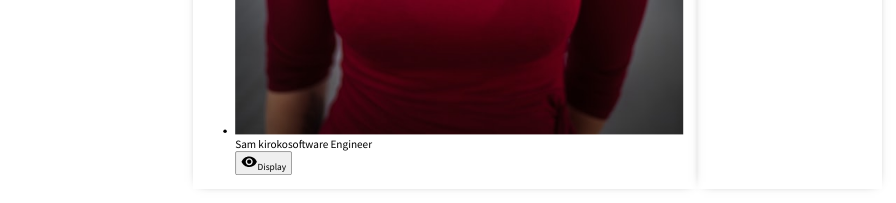
Repository: Samkiroko/admin-panel-ui
Page: /users
The author's editor kept a copy of each file at every save. The page is drawn from the files as they stood at one save, then again after the next save.
The browser window is 1280 px wide. The pictures show the part of the page from y = 1390 to 3310 px (the page is 1680 px tall before and 6770 px after), at 70% of full size.
The project was rebuilt for these pictures with package versions that can differ from the ones it lists, and the page was loaded fresh each time.

Above is the page before, as saved 2021-09-22 21:50:54.

### public/index.html
<!DOCTYPE html>
<html lang="en">
  <head>
    <meta charset="utf-8" />

    <meta name="viewport" content="width=device-width, initial-scale=1" />
    <meta name="theme-color" content="#000000" />
    <meta
      name="description"
      content="Web site created using create-react-app"
    />
    <link rel="preconnect" href="https://fonts.googleapis.com" />
    <link rel="preconnect" href="https://fonts.gstatic.com" crossorigin />
    <link
      href="https://fonts.googleapis.com/css2?family=Source+Sans+Pro:wght@200;300;400;600;700;900&display=swap"
      rel="stylesheet"
    />

    <style>
      * {
        font-family: "Source Sans Pro", sans-serif;
        margin: 0;
      }
    </style>
    <title>React admin panel</title>
  </head>

  <body>
    <noscript>You need to enable JavaScript to run this app.</noscript>
    <div id="root"></div>
  </body>
</html>

### src/App.js
import Sidebar from './components/sidebar/Sidebar'
import Topbar from './components/topbar/Topbar'
import './app.css'
import Home from './pages/home/Home'

function App() {
  return (
    <div className='App'>
      <Topbar />
      <div className='container'>
        <Sidebar />
        <Home />
      </div>
    </div>
  )
}

export default App

### src/components/sidebar/Sidebar.js
import {
  LineStyle,
  Timeline,
  TrendingUp,
  PermIdentity,
  Storefront,
  AttachMoney,
  BarChart,
  MailOutline,
  DynamicFeed,
  ChatBubbleOutline,
  WorkOutline,
  Report,
} from '@material-ui/icons'
import React from 'react'
import './sidebar.css'

const Sidebar = () => {
  return (
    <div className='sidebar'>
      <div className='sidebarWrapper'>
        <div className='sidebarMenu'>
          <h3 className='sidebarTitle'>Dashboard</h3>
          <ul className='sidebarList'>
            <li className='sidebarListItem active'>
              <LineStyle className='sidebarIcon' />
              Home
            </li>

            <li className='sidebarListItem'>
              <Timeline className='sidebarIcon' />
              Analytics
            </li>
            <li className='sidebarListItem'>
              <TrendingUp className='sidebarIcon' />
              Sales
            </li>
          </ul>
        </div>
        <div className='sidebarMenu'>
          <h3 className='sidebarTitle'>Quick Menu</h3>
          <ul className='sidebarList'>
            <li className='sidebarListItem'>
              <PermIdentity className='sidebarIcon' />
              Users
            </li>

            <li className='sidebarListItem'>
              <Storefront className='sidebarIcon' />
              Products
            </li>

            <li className='sidebarListItem'>
              <AttachMoney className='sidebarIcon' />
              Transactions
            </li>
            <li className='sidebarListItem'>
              <BarChart className='sidebarIcon' />
              Reports
            </li>
          </ul>
        </div>
        <div className='sidebarMenu'>
          <h3 className='sidebarTitle'>Notifications</h3>
          <ul className='sidebarList'>
            <li className='sidebarListItem'>
              <MailOutline className='sidebarIcon' />
              Mail
            </li>
            <li className='sidebarListItem'>
              <DynamicFeed className='sidebarIcon' />
              Feedback
            </li>
            <li className='sidebarListItem'>
              <ChatBubbleOutline className='sidebarIcon' />
              Messages
            </li>
          </ul>
        </div>
        <div className='sidebarMenu'>
          <h3 className='sidebarTitle'>Staff</h3>
          <ul className='sidebarList'>
            <li className='sidebarListItem'>
              <WorkOutline className='sidebarIcon' />
              Manage
            </li>
            <li className='sidebarListItem'>
              <Timeline className='sidebarIcon' />
              Analytics
            </li>
            <li className='sidebarListItem'>
              <Report className='sidebarIcon' />
              Reports
            </li>
          </ul>
        </div>
      </div>
    </div>
  )
}

export default Sidebar

### src/components/topbar/Topbar.js
import React from 'react'
import './topbar.css'
import { Language, NotificationsNone, Settings } from '@material-ui/icons'
import avatar from '../../images/sam_pic.jpeg'
const Topbar = () => {
  return (
    <div className='topbar'>
      <div className='topbarWrapper'>
        <div className='topLeft'>
          <span className='logo'>Admin-Panel</span>
        </div>
        <div className='topRight'>
          <div className='topbarIconContainer'>
            <NotificationsNone />
            <span className='topIconBadge'>2</span>
          </div>
          <div className='topbarIconContainer'>
            <Language />
            <span className='topIconBadge'>2</span>
          </div>
          <div className='topbarIconContainer'>
            <Settings />
          </div>
          <img src={avatar} alt='avatar' className='topAvatar' />
        </div>
      </div>
    </div>
  )
}

export default Topbar

### src/app.css
.container {
    display: flex;
    margin-top: 10px;
}

.link {
    text-decoration: none;
    color: inherit;
}

### src/pages/home/Home.js
import React from 'react'
import Chart from '../../components/chart/Chart'
import FeatureInfo from '../../components/featuredInfo/FeatureInfo'
import './home.css'
import { userData } from '../../dummyData'
import WidgetLg from '../../components/widgetLg/WidgetLg'
import WidgetSm from '../../components/widgetSm/WidgetSm'

const Home = () => {
  return (
    <div className='home'>
      <FeatureInfo />
      <Chart data={userData} title='User Analytics' grid dataKey='Active User' />
      <div className='homeWidgets'>
        <WidgetSm />
        <WidgetLg />
      </div>
    </div>
  )
}

export default Home

### src/components/sidebar/sidebar.css
.sidebar {
    flex: 1;
    height: calc(100vh - 50px);
    background-color: rgb(251, 251, 255);
    position: sticky;
    top: 50px;
}

.sidebarWrapper {
    padding: 20px;
    color: #555;
}

.sidebarMenu {
    margin-bottom: 10px;
}

.sidebarTitle {
    font-size: 13px;
    color: rgb(187, 186, 186);
}

.sidebarList {
    list-style: none;
    padding: 0;
}

.sidebarListItem {
    padding: 5px;
    cursor: pointer;
    display: flex;
    align-items: center;
    border-radius: 10px;
}

.sidebarListItem.active,
.sidebarListItem:hover {
    background-color: rgb(240, 240, 255);
}

.sidebarIcon {
    margin-right: 5px;
    font-size: 20px !important;
}

### src/components/topbar/topbar.css
.topbar {
    width: 100%;
    height: 50px;
    background-color: white;
    position: sticky;
    top: 0;
    z-index: 999;
}

.topbarWrapper {
    height: 100%;
    padding: 0px 20px;
    display: flex;
    align-items: center;
    justify-content: space-between;
}

.logo {
    font-weight: bold;
    font-size: 20px;
    color: darkblue;
    cursor: pointer;
}

.topbarIconContainer {
    position: relative;
    align-items: center;
    margin-right: 10px;
    color: #555;
}

.topIconBadge {
    width: 15px;
    height: 15px;
    position: absolute;
    top: -5px;
    right: 0px;
    background-color: red;
    color: white;
    border-radius: 50%;
    display: flex;
    align-items: center;
    justify-content: center;
    font-size: 10px;
    font-weight: bold;
}

.topRight {
    display: flex;
    align-items: center;
    cursor: pointer;
}

.topAvatar {
    width: 40px;
    height: 40px;
    border-radius: 50%;
    cursor: pointer;
}

### src/components/chart/Chart.js
import './chart.css'
import { LineChart, Line, XAxis, CartesianGrid, Tooltip, ResponsiveContainer } from 'recharts'

export default function Chart({ title, data, dataKey, grid }) {
  return (
    <div className='chart'>
      <h3 className='chartTitle'>{title}</h3>
      <ResponsiveContainer width='100%' aspect={4 / 1}>
        <LineChart data={data}>
          <XAxis dataKey='name' stroke='#5550bd' />
          <Line type='monotone' dataKey={dataKey} stroke='#5550bd' />
          <Tooltip />
          {grid && <CartesianGrid stroke='#e0dfdf' strokeDasharray='5 5' />}
        </LineChart>
      </ResponsiveContainer>
    </div>
  )
}

### src/components/featuredInfo/FeatureInfo.js
import { ArrowDownward, ArrowUpward } from '@material-ui/icons'
import React from 'react'
import './featureInfo.css'

const FeatureInfo = () => {
  return (
    <div className='featured'>
      <div className='featuredItem'>
        <span className='featuredTitle'>Revenue</span>
        <div className='featuredMoneyContainer'>
          <span className='featuredMoney'>$2,415</span>
          <span className='featuredMoneyRate'>
            -11.4
            <ArrowDownward className='featuredIcon negative' />
          </span>
        </div>
        <span className='featuredSub'>Compared to last month</span>
      </div>
      <div className='featuredItem'>
        <span className='featuredTitle'>Sales</span>
        <div className='featuredMoneyContainer'>
          <span className='featuredMoney'>$3,415</span>
          <span className='featuredMoneyRate'>
            -1.4
            <ArrowDownward className='featuredIcon negative' />
          </span>
        </div>
        <span className='featuredSub'>Compared to last month</span>
      </div>{' '}
      <div className='featuredItem'>
        <span className='featuredTitle'>Cost</span>
        <div className='featuredMoneyContainer'>
          <span className='featuredMoney'>$1,415</span>
          <span className='featuredMoneyRate'>
            +2.4
            <ArrowUpward className='featuredIcon ' />
          </span>
        </div>
        <span className='featuredSub'>Compared to last month</span>
      </div>
    </div>
  )
}

export default FeatureInfo

### src/dummyData.js
export const userData = [
  {
    name: 'Jan',
    'Active User': 4000,
  },
  {
    name: 'Feb',
    'Active User': 3000,
  },
  {
    name: 'Mar',
    'Active User': 5000,
  },
  {
    name: 'Apr',
    'Active User': 4000,
  },
  {
    name: 'May',
    'Active User': 3000,
  },
  {
    name: 'Jun',
    'Active User': 2000,
  },
  {
    name: 'Jul',
    'Active User': 4000,
  },
  {
    name: 'Aug',
    'Active User': 3000,
  },
  {
    name: 'Sep',
    'Active User': 4000,
  },
  {
    name: 'Oct',
    'Active User': 1000,
  },
  {
    name: 'Nov',
    'Active User': 4000,
  },
  {
    name: 'Dec',
    'Active User': 3000,
  },
]

export const productData = [
  {
    name: 'Jan',
    Sales: 4000,
  },
  {
    name: 'Feb',
    Sales: 3000,
  },
  {
    name: 'Mar',
    Sales: 5000,
  },
]

export const userRows = [
  {
    id: 1,
    username: 'Jon Snow',
    avatar: 'https://images.pexels.com/photos/1152994/pexels-photo-1152994.jpeg?auto=compress&cs=tinysrgb&dpr=2&w=500',
    email: 'jon@gmail.com',
    status: 'active',
    transaction: '$120.00',
  },
  {
    id: 2,
    username: 'Jon Snow',
    avatar: 'https://images.pexels.com/photos/1152994/pexels-photo-1152994.jpeg?auto=compress&cs=tinysrgb&dpr=2&w=500',
    email: 'jon@gmail.com',
    status: 'active',
    transaction: '$120.00',
  },
  {
    id: 3,
    username: 'Jon Snow',
    avatar: 'https://images.pexels.com/photos/1152994/pexels-photo-1152994.jpeg?auto=compress&cs=tinysrgb&dpr=2&w=500',
    email: 'jon@gmail.com',
    status: 'active',
    transaction: '$120.00',
  },
  {
    id: 4,
    username: 'Jon Snow',
    avatar: 'https://images.pexels.com/photos/1152994/pexels-photo-1152994.jpeg?auto=compress&cs=tinysrgb&dpr=2&w=500',
    email: 'jon@gmail.com',
    status: 'active',
    transaction: '$120.00',
  },
  {
    id: 5,
    username: 'Jon Snow',
    avatar: 'https://images.pexels.com/photos/1152994/pexels-photo-1152994.jpeg?auto=compress&cs=tinysrgb&dpr=2&w=500',
    email: 'jon@gmail.com',
    status: 'active',
    transaction: '$120.00',
  },
  {
    id: 6,
    username: 'Jon Snow',
    avatar: 'https://images.pexels.com/photos/1152994/pexels-photo-1152994.jpeg?auto=compress&cs=tinysrgb&dpr=2&w=500',
    email: 'jon@gmail.com',
    status: 'active',
    transaction: '$120.00',
  },
  {
    id: 7,
    username: 'Jon Snow',
    avatar: 'https://images.pexels.com/photos/1152994/pexels-photo-1152994.jpeg?auto=compress&cs=tinysrgb&dpr=2&w=500',
    email: 'jon@gmail.com',
    status: 'active',
    transaction: '$120.00',
  },
  {
    id: 8,
    username: 'Jon Snow',
    avatar: 'https://images.pexels.com/photos/1152994/pexels-photo-1152994.jpeg?auto=compress&cs=tinysrgb&dpr=2&w=500',
    email: 'jon@gmail.com',
    status: 'active',
    transaction: '$120.00',
  },
  {
    id: 9,
    username: 'Jon Snow',
    avatar: 'https://images.pexels.com/photos/1152994/pexels-photo-1152994.jpeg?auto=compress&cs=tinysrgb&dpr=2&w=500',
    email: 'jon@gmail.com',
    status: 'active',
    transaction: '$120.00',
  },
  {
    id: 10,
    username: 'Jon Snow',
    avatar: 'https://images.pexels.com/photos/1152994/pexels-photo-1152994.jpeg?auto=compress&cs=tinysrgb&dpr=2&w=500',
    email: 'jon@gmail.com',
    status: 'active',
    transaction: '$120.00',
  },
]

export const productRows = [
  {
    id: 1,
    name: 'Apple Airpods',
    img: 'https://images.pexels.com/photos/7156886/pexels-photo-7156886.jpeg?auto=compress&cs=tinysrgb&dpr=2&w=500',
    stock: 123,
    status: 'active',
    price: '$120.00',
  },
  {
    id: 2,
    name: 'Apple Airpods',
    img: 'https://images.pexels.com/photos/7156886/pexels-photo-7156886.jpeg?auto=compress&cs=tinysrgb&dpr=2&w=500',
    stock: 123,
    status: 'active',
    price: '$120.00',
  },
  {
    id: 3,
    name: 'Apple Airpods',
    img: 'https://images.pexels.com/photos/7156886/pexels-photo-7156886.jpeg?auto=compress&cs=tinysrgb&dpr=2&w=500',
    stock: 123,
    status: 'active',
    price: '$120.00',
  },
  {
    id: 4,
    name: 'Apple Airpods',
    img: 'https://images.pexels.com/photos/7156886/pexels-photo-7156886.jpeg?auto=compress&cs=tinysrgb&dpr=2&w=500',
    stock: 123,
    status: 'active',
    price: '$120.00',
  },
  {
    id: 5,
    name: 'Apple Airpods',
    img: 'https://images.pexels.com/photos/7156886/pexels-photo-7156886.jpeg?auto=compress&cs=tinysrgb&dpr=2&w=500',
    stock: 123,
    status: 'active',
    price: '$120.00',
  },
  {
    id: 6,
    name: 'Apple Airpods',
    img: 'https://images.pexels.com/photos/7156886/pexels-photo-7156886.jpeg?auto=compress&cs=tinysrgb&dpr=2&w=500',
    stock: 123,
    status: 'active',
    price: '$120.00',
  },
  {
    id: 7,
    name: 'Apple Airpods',
    img: 'https://images.pexels.com/photos/7156886/pexels-photo-7156886.jpeg?auto=compress&cs=tinysrgb&dpr=2&w=500',
    stock: 123,
    status: 'active',
    price: '$120.00',
  },
  {
    id: 8,
    name: 'Apple Airpods',
    img: 'https://images.pexels.com/photos/7156886/pexels-photo-7156886.jpeg?auto=compress&cs=tinysrgb&dpr=2&w=500',
    stock: 123,
    status: 'active',
    price: '$120.00',
  },
  {
    id: 9,
    name: 'Apple Airpods',
    img: 'https://images.pexels.com/photos/7156886/pexels-photo-7156886.jpeg?auto=compress&cs=tinysrgb&dpr=2&w=500',
    stock: 123,
    status: 'active',
    price: '$120.00',
  },
  {
    id: 10,
    name: 'Apple Airpods',
    img: 'https://images.pexels.com/photos/7156886/pexels-photo-7156886.jpeg?auto=compress&cs=tinysrgb&dpr=2&w=500',
    stock: 123,
    status: 'active',
    price: '$120.00',
  },
]

### src/components/widgetLg/WidgetLg.js
import React from 'react'
import './widgetLg.css'

const WidgetLg = () => {
  return <div className='widgetLg'>large</div>
}

export default WidgetLg

### src/components/widgetSm/WidgetSm.js
import React from 'react'
import './widgetSm.css'
import avatar from '../../images/avatar2.jpg'
import { Visibility } from '@material-ui/icons'

const WidgetSm = () => {
  return (
    <div className='widgetSg'>
      <span className='widgetSmTitle'>New Join Members</span>
      <ul className='widgetSmList'>
        <li className='widgetSmListItem'>
          <img src={avatar} alt='avatar' />
          <div className='widgetSmUser'>
            <span className='widgetSmUsername'>Sam kiroko</span>
            <span className='widgetSmUserTitle'>software Engineer</span>
          </div>
          <button className='widgetSmButton'>
            <Visibility />
            Display
          </button>
        </li>
      </ul>
    </div>
  )
}

export default WidgetSm

### src/components/chart/chart.css
.chart {
    margin: 20px;
    padding: 20px;
    cursor: pointer;
    -webkit-box-shadow: 0px 0px 15px -10px rgba(0, 0, 0, 0.75);
    box-shadow: 0px 0px 15px -10px rgba(0, 0, 0, 0.75);
}

.chartTitle {
    margin-bottom: 20px;
}

### src/components/featuredInfo/featureInfo.css
.featured {
    width: 100%;
    display: flex;
    justify-content: space-between;
}

.featuredItem {
    flex: 1;
    margin: 0px 20px;
    padding: 30px;
    border-radius: 10px;
    cursor: pointer;
    -webkit-box-shadow: 0px 0px 15px -10px rgba(0, 0, 0, 0.75);
    box-shadow: 0px 0px 15px -10px rgba(0, 0, 0, 0.75);
}

.featuredTitle {
    font-size: 20px;
    color: gray;
}

.featuredMoneyContainer {
    margin: 10px 0px;
    display: flex;
    align-items: center;
}

.featuredMoney {
    font-size: 30px;
    font-weight: 600;
}

.featuredMoneyRate {
    display: flex;
    align-items: center;
    margin-left: 20px;
}

.featuredIcon {
    font-size: 14px;
    margin-right: 5px;
    color: green;
}

.featuredIcon.negative {
    color: red;
}

.featuredSub {
    font-size: 15px;
    color: gray;
}

### src/components/widgetLg/widgetLg.css
.widgetLg {
    flex: 2;
    padding: 20px;
    -webkit-box-shadow: 0px 0px 15px -10px rgba(0, 0, 0, 0.75);
    box-shadow: 0px 0px 15px -10px rgba(0, 0, 0, 0.75);
}

### src/components/widgetSm/widgetSm.css
.widgetSg {
    flex: 1;
    padding: 20px;
    -webkit-box-shadow: 0px 0px 15px -10px rgba(0, 0, 0, 0.75);
    box-shadow: 0px 0px 15px -10px rgba(0, 0, 0, 0.75);
}

Loaded but not shown: src/index.js (common file); src/index.css (common file); src/pages/home/home.css (common file)

After the next save:
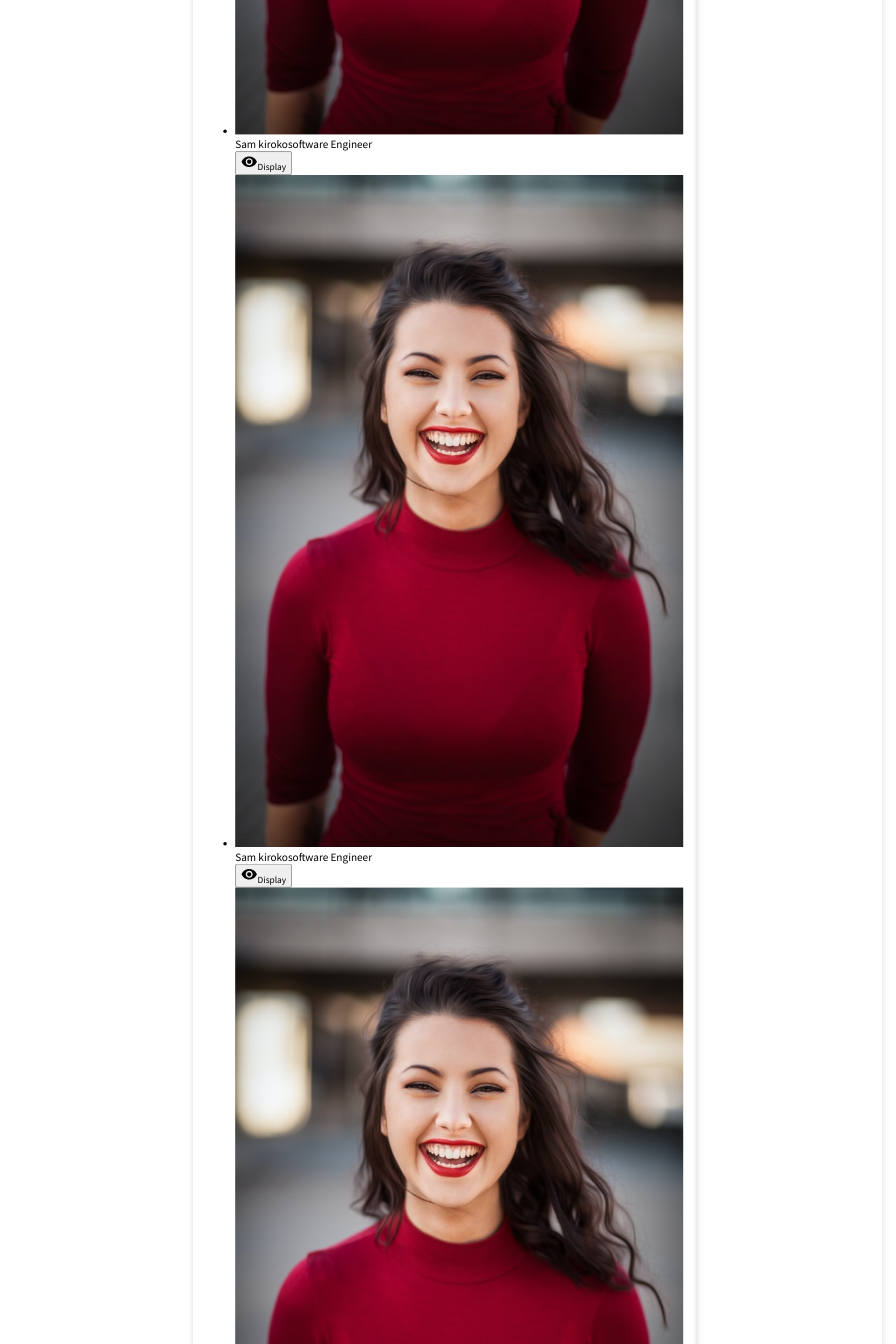
Saved 54 s later.
--- a/src/components/widgetSm/WidgetSm.js
+++ b/src/components/widgetSm/WidgetSm.js
@@ -19,6 +19,61 @@ const WidgetSm = () => {
             Display
           </button>
         </li>
+        <li className='widgetSmListItem'>
+          <img src={avatar} alt='avatar' />
+          <div className='widgetSmUser'>
+            <span className='widgetSmUsername'>Sam kiroko</span>
+            <span className='widgetSmUserTitle'>software Engineer</span>
+          </div>
+          <button className='widgetSmButton'>
+            <Visibility />
+            Display
+          </button>
+        </li>
+        <li className='widgetSmListItem'>
+          <img src={avatar} alt='avatar' />
+          <div className='widgetSmUser'>
+            <span className='widgetSmUsername'>Sam kiroko</span>
+            <span className='widgetSmUserTitle'>software Engineer</span>
+          </div>
+          <button className='widgetSmButton'>
+            <Visibility />
+            Display
+          </button>
+        </li>
+        <li className='widgetSmListItem'>
+          <img src={avatar} alt='avatar' />
+          <div className='widgetSmUser'>
+            <span className='widgetSmUsername'>Sam kiroko</span>
+            <span className='widgetSmUserTitle'>software Engineer</span>
+          </div>
+          <button className='widgetSmButton'>
+            <Visibility />
+            Display
+          </button>
+        </li>
+        <li className='widgetSmListItem'>
+          <img src={avatar} alt='avatar' />
+          <div className='widgetSmUser'>
+            <span className='widgetSmUsername'>Sam kiroko</span>
+            <span className='widgetSmUserTitle'>software Engineer</span>
+          </div>
+          <button className='widgetSmButton'>
+            <Visibility />
+            Display
+          </button>
+        </li>
+        <li className='widgetSmListItem'>
+          <img src={avatar} alt='avatar' />
+          <div className='widgetSmUser'>
+            <span className='widgetSmUsername'>Sam kiroko</span>
+            <span className='widgetSmUserTitle'>software Engineer</span>
+          </div>
+          <button className='widgetSmButton'>
+            <Visibility />
+            Display
+          </button>
+        </li>
       </ul>
     </div>
   )
